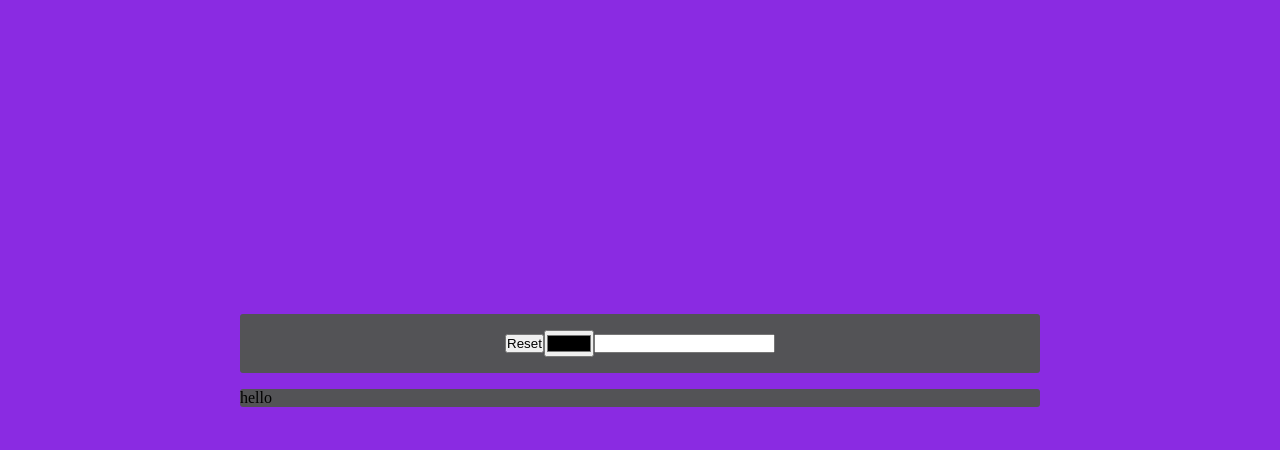
Repository: Larrowo/Challenges
Page: Pixel-Art/index.html
The author's editor kept a copy of each file at every save. The page is drawn from the files as they stood at one save, then again after the next save.
The browser window is 1280 px wide. The pictures show the whole page.

Above is the page before, as saved 2022-04-20 12:19:21.

After the next save:
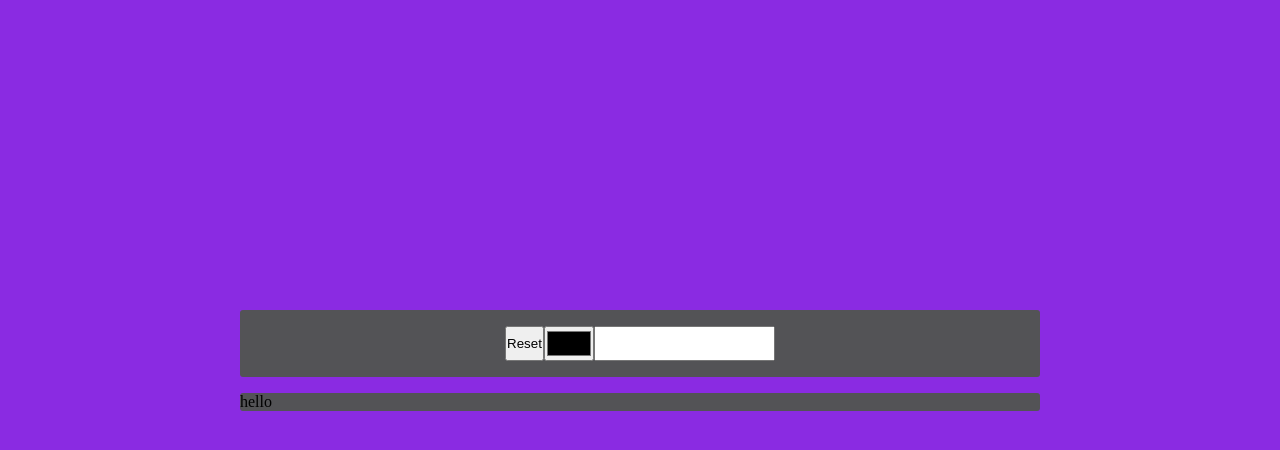
Saved 36 s later.
--- a/Pixel-Art/style.css
+++ b/Pixel-Art/style.css
@@ -30,3 +30,7 @@ body{
     justify-content: center;
     align-items: center;
 }
+
+.btn, input{
+    height: 35px;
+}
